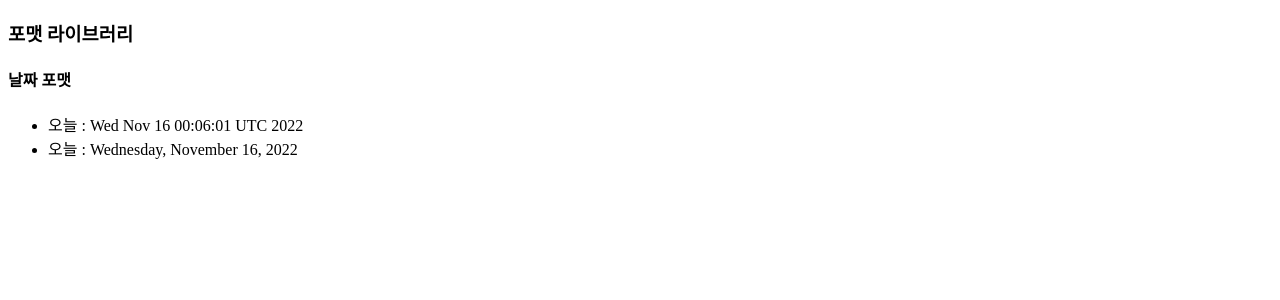
Repository: hyewoon/web
Page: http://localhost/servlet04/jstl/format.jsp
The author's editor kept a copy of each file at every save. The page is drawn from the files as they stood at one save, then again after the next save.
The browser window is 1280 px wide. The pictures show the whole page.
The page is served by Tomcat 9.

Above is the page before, as saved 2022-11-18 08:50:51.

After the next save:
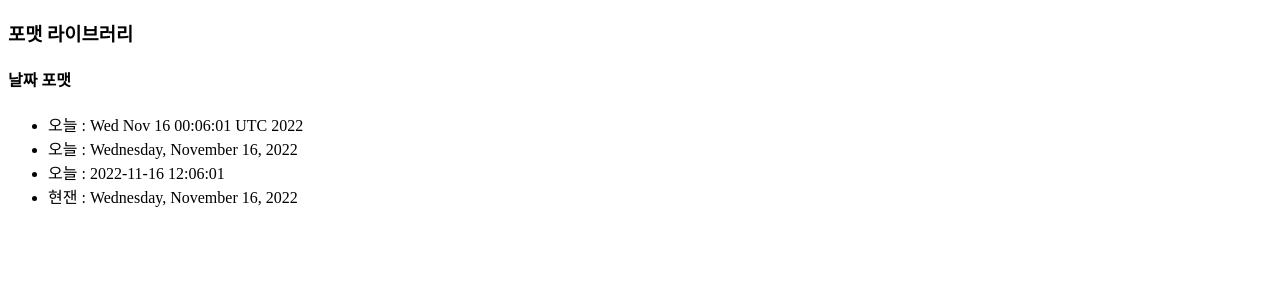
Saved 101 s later.
--- a/servlet04/src/main/webapp/jstl/format.jsp
+++ b/servlet04/src/main/webapp/jstl/format.jsp
@@ -15,6 +15,8 @@
 <ul>
 	<li>오늘 : ${today}</li>
 	<li>오늘 : <fmt:formatDate value ="${today}" dateStyle='full'/></li>
+	<li>오늘 : <fmt:formatDate value ="${today}" pattern="yyyy-MM-dd hh:mm:ss"/></li>
+	<li>현잰 : <fmt:formatDate value ="${today}" dateStyle='full'/></li>
 
 </ul>
 </body>
